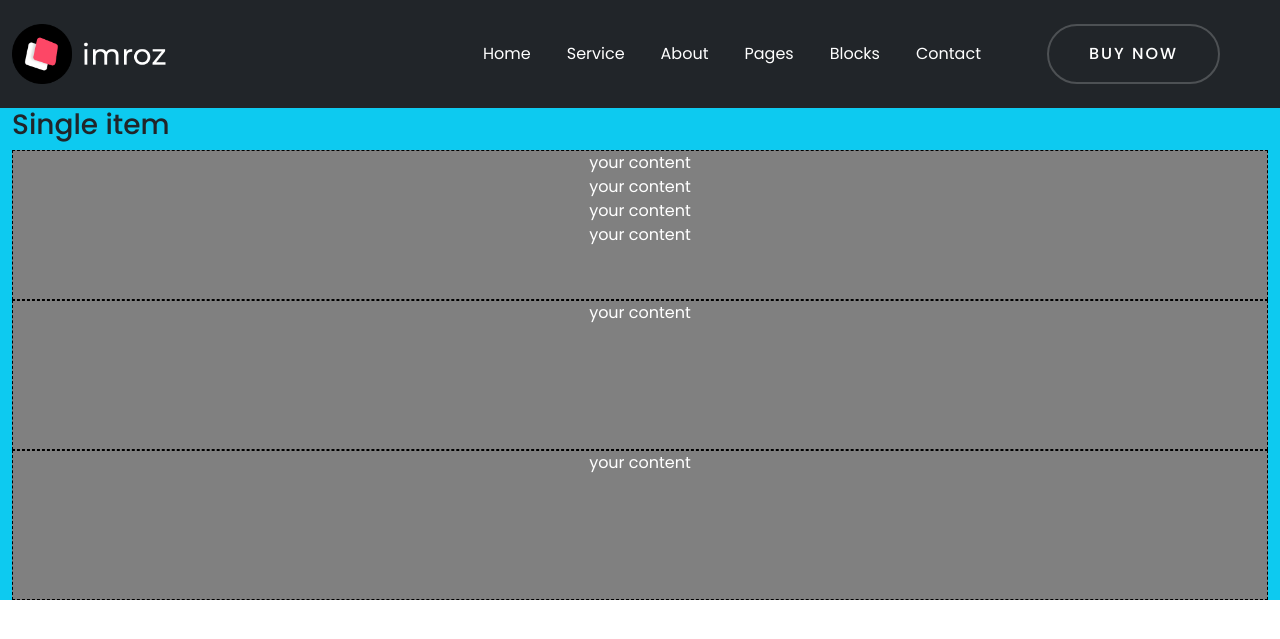
Repository: minhtrivu6199/imroz
Page: index.html
The author's editor kept a copy of each file at every save. The page is drawn from the files as they stood at one save, then again after the next save.
The browser window is 1280 px wide. The pictures show the whole page.
Some web libraries are served in a nearby version.

Above is the page before, as saved 2022-09-18 16:21:05.

### index.html
<!DOCTYPE html>
<html lang="en">
  <head>
    <title>Digital Agency</title>
    <!-- Required meta tags -->
    <meta charset="utf-8" />
    <meta
      name="viewport"
      content="width=device-width, initial-scale=1, shrink-to-fit=no"
    />

    <!-- Font -->
    <link rel="preconnect" href="https://fonts.googleapis.com" />
    <link rel="preconnect" href="https://fonts.gstatic.com" crossorigin />
    <link
      href="https://fonts.googleapis.com/css2?family=Poppins:wght@300;400;500;600;700&display=swap"
      rel="stylesheet"
    />

    <!-- Bootstrap CSS v5.2.0-beta1 -->
    <link
      rel="stylesheet"
      href="https://cdn.jsdelivr.net/npm/bootstrap@5.2.0/dist/css/bootstrap.min.css"
      integrity="sha384-gH2yIJqKdNHPEq0n4Mqa/HGKIhSkIHeL5AyhkYV8i59U5AR6csBvApHHNl/vI1Bx"
      crossorigin="anonymous"
    />

    <!-- FontAwesome 6.1.1 CSS -->
    <link
      rel="stylesheet"
      href="https://cdnjs.cloudflare.com/ajax/libs/font-awesome/6.1.1/css/all.min.css"
      integrity="sha512-KfkfwYDsLkIlwQp6LFnl8zNdLGxu9YAA1QvwINks4PhcElQSvqcyVLLD9aMhXd13uQjoXtEKNosOWaZqXgel0g=="
      crossorigin="anonymous"
      referrerpolicy="no-referrer"
    />

    <!-- Slick Carousel -->
    <link
      rel="stylesheet"
      type="text/css"
      href="//cdn.jsdelivr.net/npm/slick-carousel@1.8.1/slick/slick.css"
    />

    <link
      rel="stylesheet"
      type="text/css"
      href="//cdn.jsdelivr.net/npm/slick-carousel@1.8.1/slick/slick-theme.css"
    />

    <!-- CSS -->
    <link rel="stylesheet" href="./css/style.css" />
  </head>

  <body>
    <!-- HEADER -->
    <header class="header">
      <nav class="navbar navbar-expand-lg bg-dark">
        <div class="container-fluid py-3">
          <div class="header-left">
            <a class="navbar-brand logo" href="#">
              <img src="./img/logo.png" alt="" />
            </a>
          </div>
          <div class="header-right">
            <div
              class="collapse navbar-collapse header-menu"
              id="navbarNavDropdown"
            >
              <ul class="navbar-nav menu">
                <li class="nav-item dropdown">
                  <a
                    class="nav-link text-white"
                    href="#"
                    role="button"
                    data-bs-toggle="dropdown"
                    aria-expanded="true"
                    >Home</a
                  >
                  <ul class="dropdown-menu">
                    <li>
                      <a class="dropdown-item" href="#">Main Demo</a>
                    </li>
                    <li>
                      <a class="dropdown-item" href="">Main Demo Dark</a>
                    </li>
                    <li>
                      <a class="dropdown-item" href="">Personal Portfolio</a>
                    </li>
                    <li>
                      <a class="dropdown-item" href="">Interior Landing</a>
                    </li>
                    <li>
                      <a class="dropdown-item" href="">Portfolio One Page 02</a>
                    </li>
                    <li>
                      <a class="dropdown-item" href="">Minimal Portfolio</a>
                    </li>
                    <li>
                      <a class="dropdown-item" href="">Digital Agency</a>
                    </li>
                    <li>
                      <a class="dropdown-item" href="">Creative Agency</a>
                    </li>
                    <li>
                      <a class="dropdown-item" href="">Corporate Business</a>
                    </li>
                    <li>
                      <a class="dropdown-item" href="">Portfolio One Page</a>
                    </li>
                    <li>
                      <a class="dropdown-item" href=""
                        >Creative Agency Landing</a
                      >
                    </li>
                    <li>
                      <a class="dropdown-item" href="">Business</a>
                    </li>
                    <li>
                      <a class="dropdown-item" href="">Designer Portfolio</a>
                    </li>
                    <li>
                      <a class="dropdown-item" href="">Home Particles</a>
                    </li>
                    <li>
                      <a class="dropdown-item" href="">Studio Agency</a>
                    </li>
                    <li>
                      <a class="dropdown-item" href="">Startup</a>
                    </li>
                    <li>
                      <a class="dropdown-item" href="">Creative Portfolio</a>
                    </li>
                  </ul>
                </li>
                <li class="nav-item dropdown">
                  <a
                    class="nav-link text-white"
                    href="#"
                    role="button"
                    data-bs-toggle="dropdown"
                    aria-expanded="false"
                    >Service</a
                  >
                  <ul class="dropdown-menu">
                    <li>
                      <a class="dropdown-item" href="">Service</a>
                    </li>
                    <li>
                      <a class="dropdown-item" href="">Service Details</a>
                    </li>
                  </ul>
                </li>
                <li class="nav-item">
                  <a class="nav-link text-white" href="">About</a>
                </li>
                <li class="nav-item dropdown">
                  <a
                    class="nav-link text-white"
                    href="#"
                    role="button"
                    data-bs-toggle="dropdown"
                    aria-expanded="false"
                    >Pages</a
                  >
                  <ul class="dropdown-menu">
                    <li>
                      <a class="dropdown-item" href="">Blog List</a>
                    </li>
                    <li>
                      <a class="dropdown-item" href="">Blog Details</a>
                    </li>
                    <li>
                      <a class="dropdown-item" href="">Service</a>
                    </li>
                    <li>
                      <a class="dropdown-item" href="">Service Details</a>
                    </li>
                    <li>
                      <a class="dropdown-item" href="">Portfolio</a>
                    </li>
                    <li>
                      <a class="dropdown-item" href="">Portfolio Details</a>
                    </li>
                    <li>
                      <a class="dropdown-item" href="">404</a>
                    </li>
                  </ul>
                </li>
                <li class="nav-item dropdown">
                  <a
                    class="nav-link text-white"
                    href="#"
                    role="button"
                    data-bs-toggle="dropdown"
                    aria-expanded="false"
                    href="#"
                    >Blocks</a
                  >
                  <ul class="dropdown-menu">
                    <li>
                      <a class="dropdown-item" href="">Portfolio</a>
                    </li>
                    <li>
                      <a class="dropdown-item" href="">Team</a>
                    </li>
                    <li>
                      <a class="dropdown-item" href="">Service</a>
                    </li>
                    <li>
                      <a class="dropdown-item" href="">Video Popup</a>
                    </li>
                    <li>
                      <a class="dropdown-item" href="">Progressbar</a>
                    </li>
                    <li>
                      <a class="dropdown-item" href="">Gallery</a>
                    </li>
                    <li>
                      <a class="dropdown-item" href="">Counters</a>
                    </li>
                    <li>
                      <a class="dropdown-item" href="">Blog List</a>
                    </li>
                    <li>
                      <a class="dropdown-item" href="">Clint Logo</a>
                    </li>
                    <li>
                      <a class="dropdown-item" href="">Contact Form</a>
                    </li>
                    <li>
                      <a class="dropdown-item" href="">Google Map</a>
                    </li>
                    <li>
                      <a class="dropdown-item" href="">Columns</a>
                    </li>
                    <li>
                      <a class="dropdown-item" href="">Pricing Table</a>
                    </li>
                    <li>
                      <a class="dropdown-item" href="">Button</a>
                    </li>
                  </ul>
                </li>
                <li class="nav-item">
                  <a class="nav-link text-white" href="">Contact</a>
                </li>
              </ul>
            </div>
            <div class="header-btn mx-5">
              <a class="btn-default btn-border btn-opacity" href="">
                <span>Buy Now</span>
              </a>
            </div>
            <button
              class="navbar-toggler"
              type="button"
              data-bs-toggle="collapse"
              data-bs-target="#navbarNavDropdown"
              aria-controls="navbarNavDropdown"
              aria-expanded="false"
              aria-label="Toggle navigation"
            >
              <span class="navbar-toggler-icon"></span>
            </button>
          </div>
        </div>
      </nav>
    </header>
    <!-- END HEADER -->

    <!-- CAROUSEL -->
    <section class="carousel">
      <div class="container-fluid bg-info">
        <!--Single item-->
        <div class="row">
          <div class="col-md-12">
            <h3>Single item</h3>
            <div class="single-item">
              <div class="holder">
                <div class="holder1">your content</div>
                <div class="holder1">your content</div>
                <div class="holder1">your content</div>
                <div class="holder1">your content</div>
              </div>
              <div class="holder">your content</div>
              <div class="holder">your content</div>
            </div>
          </div>
        </div>
      </div>
    </section>
    <!-- END CAROUSEL -->

    <!-- SERVICES -->
    <section class="services"></section>
    <!-- END SERVICES -->

    <!-- PROJECT -->
    <section class="project"></section>
    <!-- END PROJECT -->

    <!-- ABOUT -->
    <section class="about"></section>
    <!-- END ABOUT -->

    <!-- BLOG -->
    <section class="blog"></section>
    <!-- END BLOG  -->

    <!-- FOOTER -->
    <footer class="footer"></footer>
    <!-- END FOOTER -->

    <!-- Bootstrap -->
    <script
      src="https://cdn.jsdelivr.net/npm/@popperjs/core@2.11.5/dist/umd/popper.min.js"
      integrity="sha384-Xe+8cL9oJa6tN/veChSP7q+mnSPaj5Bcu9mPX5F5xIGE0DVittaqT5lorf0EI7Vk"
      crossorigin="anonymous"
    ></script>

    <script
      src="https://cdn.jsdelivr.net/npm/bootstrap@5.2.0/dist/js/bootstrap.min.js"
      integrity="sha384-ODmDIVzN+pFdexxHEHFBQH3/9/vQ9uori45z4JjnFsRydbmQbmL5t1tQ0culUzyK"
      crossorigin="anonymous"
    ></script>

    <!-- Jquery -->
    <script
      src="https://cdnjs.cloudflare.com/ajax/libs/jquery/3.6.0/jquery.min.js"
      integrity="sha512-894YE6QWD5I59HgZOGReFYm4dnWc1Qt5NtvYSaNcOP+u1T9qYdvdihz0PPSiiqn/+/3e7Jo4EaG7TubfWGUrMQ=="
      crossorigin="anonymous"
      referrerpolicy="no-referrer"
    ></script>

    <!-- Slickjs -->
    <script
      type="text/javascript"
      src="//cdn.jsdelivr.net/npm/slick-carousel@1.8.1/slick/slick.min.js"
    ></script>
  </body>
</html>

### css/style.css
* {
    padding: 0;
    margin: 0;
    box-sizing: border-box;
}

html, body {
    font-family: 'Poppins', sans-serif;
}

a {
    text-decoration: none;
}


img {
    max-width: 100%;
}

a.btn-default,button.btn-default {
    color: #fff;
    font-size: 16px;
    text-transform: uppercase;
    letter-spacing: 2px;
    padding: 16px 40px;
    border-radius: 500px;
    display: inline-block;
    font-weight: 500;
    transition: all 0.4s ease-in-out;
    background-size: 152% 100%;
    background: #fd4766;
    border: 2px solid #fd4766;
}

a.btn-default:hover,button.btn-default:hover {
    transition: all 0.4s ease-in-out;
    background: transparent;
    border-color: #FD4766;
    color: #FD4766;
}

a.btn-default.btn-border,
button.btn-default.btn-border {
  background-color: transparent;
  border: 2px solid #fd4766;
  color: #fd4766;
}

a.btn-default.btn-border:hover,
button.btn-default.btn-border:hover {
  color: #fff;
  border-color: #fd4766;
  background-color: #fd4766;
}

a.btn-default.btn-border.btn-opacity,
button.btn-default.btn-border.btn-opacity  {
    border: 2px solid hsla(0,0%,100%,.2);
    color: #fff;
}



.header .header-right {
    display: flex;
    align-items: center;
    flex-wrap: wrap;
}

.header .header-left .logo img {
    max-height: 60px;
}

.header .header-right .menu {
    flex-wrap: wrap;
}

.header .header-right .menu li {
    padding: 0px 10px;
}

.dropdown:hover .dropdown-menu {
    display: block !important;
}

.nav-item:hover a.nav-link {
    color: #fd4766 !important;
}


/* --------------CAROUSEL-------------- */

.holder{
    height:150px;
    background:gray;
    border:1px dashed #000;
    color:#fff;
    text-align:center;
  }

After the next save:
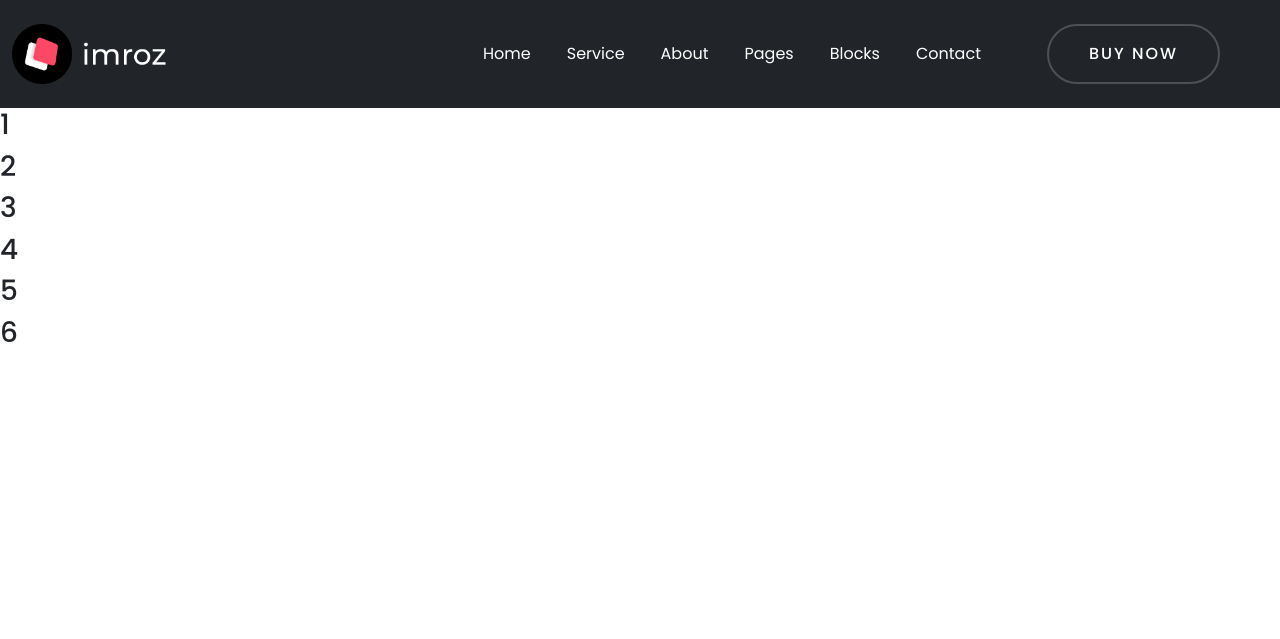
Saved 7 min 23 s later.
--- a/index.html
+++ b/index.html
@@ -270,23 +270,13 @@
 
     <!-- CAROUSEL -->
     <section class="carousel">
-      <div class="container-fluid bg-info">
-        <!--Single item-->
-        <div class="row">
-          <div class="col-md-12">
-            <h3>Single item</h3>
-            <div class="single-item">
-              <div class="holder">
-                <div class="holder1">your content</div>
-                <div class="holder1">your content</div>
-                <div class="holder1">your content</div>
-                <div class="holder1">your content</div>
-              </div>
-              <div class="holder">your content</div>
-              <div class="holder">your content</div>
-            </div>
-          </div>
-        </div>
+      <div data-slick='{"slidesToShow": 4, "slidesToScroll": 4}'>
+        <div><h3>1</h3></div>
+        <div><h3>2</h3></div>
+        <div><h3>3</h3></div>
+        <div><h3>4</h3></div>
+        <div><h3>5</h3></div>
+        <div><h3>6</h3></div>
       </div>
     </section>
     <!-- END CAROUSEL -->
